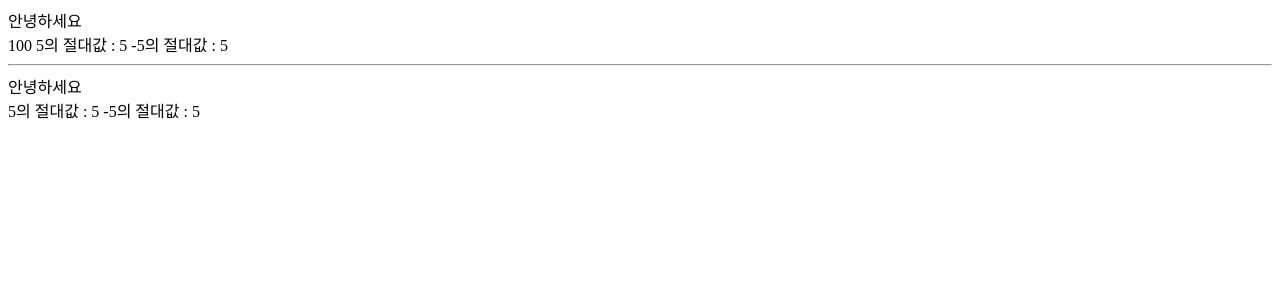
Repository: sinaboro/Jsp_202403
Page: http://localhost/web-study-03/03_dec.jsp
These files come from the project's save history. The page is drawn as it stood at one moment and after the next save; the edit follows.
The browser window is 1280 px wide. The pictures show the whole page.
The page is served by Tomcat 9.

Above is the page before, as saved 2024-02-29 05:46:47.

After the next save:
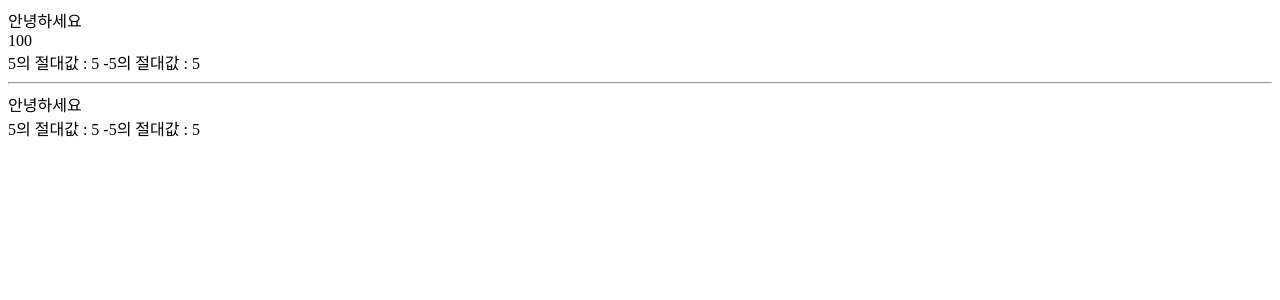
Saved 15 s later.
--- a/web-study-03/src/main/webapp/03_dec.jsp
+++ b/web-study-03/src/main/webapp/03_dec.jsp
@@ -19,7 +19,7 @@
 <%
 	int c = 100;
 	out.println(str + "<br>");
-	out.println(c);
+	out.println(c + "<br>");
 	out.println(a + "의 절대값 : " + abs(a));
 	out.println(b + "의 절대값 : " + abs(b));
 %>
